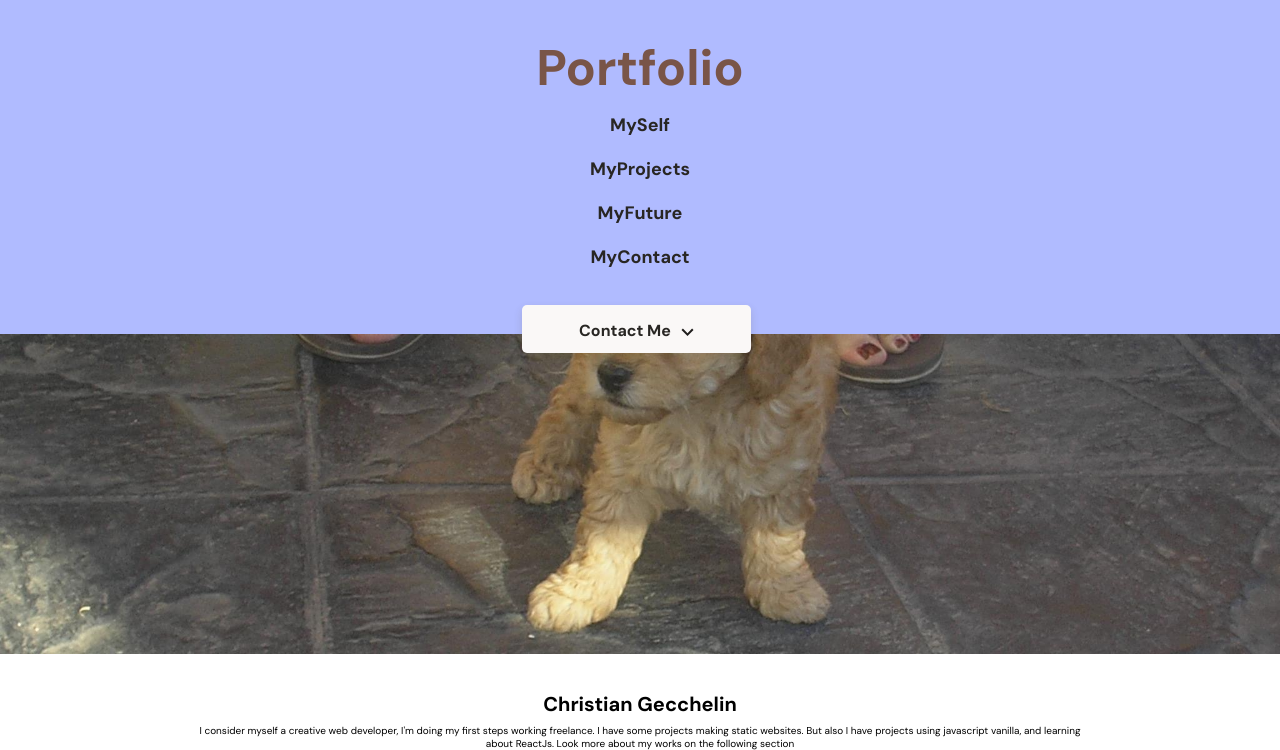
Repository: ChristianGecchelin/PortfolioOnline
Page: index.html
These files come from the project's save history. The page is drawn as it stood at one moment and after the next save; the edit follows.
The browser window is 1280 px wide. The pictures show the whole page.

Above is the page before, as saved 2022-01-08 20:21:27.

### index.html
<!DOCTYPE html>
<html lang="en">
  <head>
    <meta charset="UTF-8" />
    <meta http-equiv="X-UA-Compatible" content="IE=edge" />
    <meta name="viewport" content="width=device-width, initial-scale=1.0" />
    <title>Portfolio Christian</title>
    <link rel="preconnect" href="https://fonts.googleapis.com" />
    <link rel="preconnect" href="https://fonts.gstatic.com" crossorigin />
    <link
      href="https://fonts.googleapis.com/css2?family=DM+Sans:wght@400;500;700&family=Inter:wght@300;500&display=swap"
      rel="stylesheet"
    />
    <link rel="stylesheet" href="./styles/styles.css" />
  </head>
  <body>
    <header>
      <nav>
        <h1>Portfolio</h1>
        <ul class="list-container">
          <li class="list-container-link">
            <a class="" href="">MySelf</a>
          </li>
          <li class="list-container-link">
            <a class="" href="">MyProjects</a>
          </li>
          <li class="list-container-link">
            <a class="" href="">MyFuture</a>
          </li>
          <li class="list-container-link">
            <a class="" href="">MyContact</a>
          </li>
        </ul>
        <a class="header--nav-button" href="#MyContact">
          Contact Me<span></span
        ></a>
      </nav>
    </header>
    <main>
      <section class="principalContainer-mySelf">
        <div class="principalContainer-mySelf--image">
          <div class="image-cv"></div>
        </div>
        <div class="principalContainer-mySelf--information">
          <h2>Christian Gecchelin</h2>
          <p>
            I consider myself a creative web developer, I'm doing my first steps
            working freelance. I have some projects making static websites. But
            also I have projects using javascript vanilla, and learning about
            ReactJs. Look more about my works on the following section
          </p>
        </div>
      </section>

      <section class="principalContainer-myProject"></section>
      <section class="principalContainer-myFuture"></section>
      <section class="principalContainer-myContact"></section>
    </main>
  </body>
</html>

### styles/styles.css
:root {
  --strong-orange: #f7931a;
  --soft-orange: #ffe9d5;
  --secondary-blue: #1a9af7;
  --soft-blue: #e7f5ff;
  --warm-black: #201e1c;
  --black: #282623;
  --grey: #bababa;
  --off-white: #faf8f7;
  --just-white: #fff;
  --light-violet: #b0bbff;
  --strong-violet: #5764b3;
  --skin-color: #ffecb0;
  --yellow-skin-color: #fff3c9;
  --almost-brown: #b3a169;
}
* {
  box-sizing: border-box;
  margin: 0;
  padding: 0;
}
html {
  font-size: 62.5%;
  font-family: "DM Sans", sans-serif;
}
header {
  display: flex;
  flex-direction: column;
  justify-content: center;
  height: 334px;
  background: var(--light-violet);
  text-align: center;
}
header nav {
  flex-direction: column;
  justify-content: center;
  width: 90%;
  min-width: 288px;
  height: 218px;
  align-self: center;
  text-align: center;
  margin-top: -30px;
}
header nav h1 {
  font-size: 5rem;
  font-weight: 700;
  line-height: 5rem;
  color: #795548;
}

header nav .list-container-link {
  margin-top: 20px;
  list-style: none;
}
header nav .list-container-link a {
  font-size: 1.8rem;
  font-weight: 700;
  line-height: 2.4rem;
  text-decoration: none;
  color: var(--black);
}

header nav .header--nav-button {
  position: absolute;
  top: 270px;
  left: calc(50% - 118px);
  display: block;
  margin-top: 35px;
  padding: 15px;
  width: 229px;
  height: 48px;
  background-color: var(--off-white);
  font-size: 1.6rem;
  font-weight: 700;
  text-decoration: none;
  color: var(--black);
  box-shadow: 0px 4px 8px rgba(89, 73, 30, 0.16);
  border: none;
  border-radius: 5px;
}
header nav .header--nav-button span {
  display: inline-block;
  width: 13px;
  height: 8px;
  margin-left: 10px;
  background-image: url(../assets/icons/down-arrow.svg);
}
main {
  width: 100%;
  height: auto;
}
main .principalContainer-mySelf {
  display: flex;
  flex-direction: column;
  justify-content: center;
  width: 100%;
  min-width: 320px;
  height: auto;
  text-align: center;
}
.principalContainer-mySelf--image .image-cv {
  min-width: 320px;
  height: 320px; /* luego en las otras resos lo agrando */
  margin: 0 auto;
  background-image: url(../assets/images/IMG_4340.JPG);
  background-size: cover;
  background-position: center;
  background-repeat: no-repeat;
}
.principalContainer-mySelf--information {
  width: 90%;
  min-width: 288px;
  max-width: 900px;
  text-align: center;
  align-self: center;
}
.principalContainer-mySelf--information h2 {
  padding-top: 30px;
  font-size: 2rem;
  line-height: 4rem;
}
..principalContainer-mySelf--information p {
  font-size: 1.6rem;
  font-weight: 500;
}

After the next save:
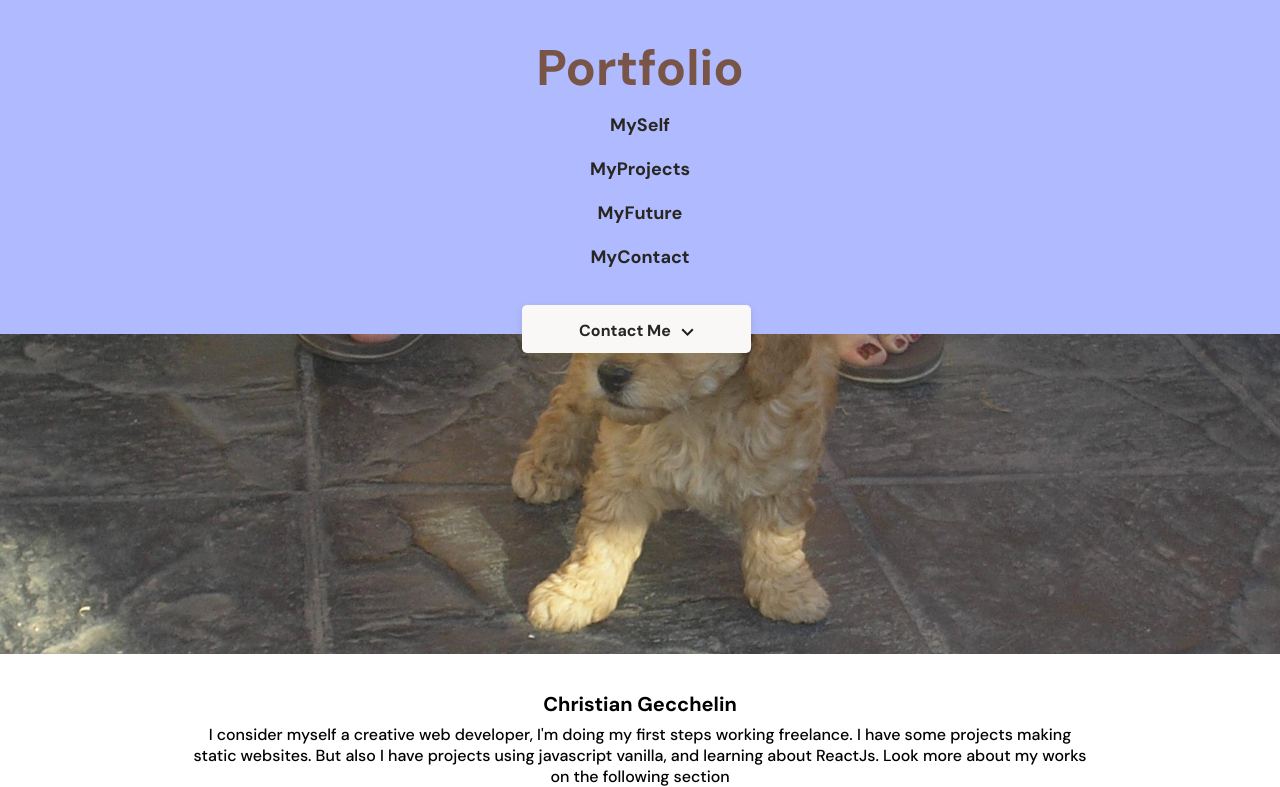
Saved 26 s later.
--- a/styles/styles.css
+++ b/styles/styles.css
@@ -119,7 +119,7 @@ main .principalContainer-mySelf {
   font-size: 2rem;
   line-height: 4rem;
 }
-..principalContainer-mySelf--information p {
+.principalContainer-mySelf--information p {
   font-size: 1.6rem;
   font-weight: 500;
 }
